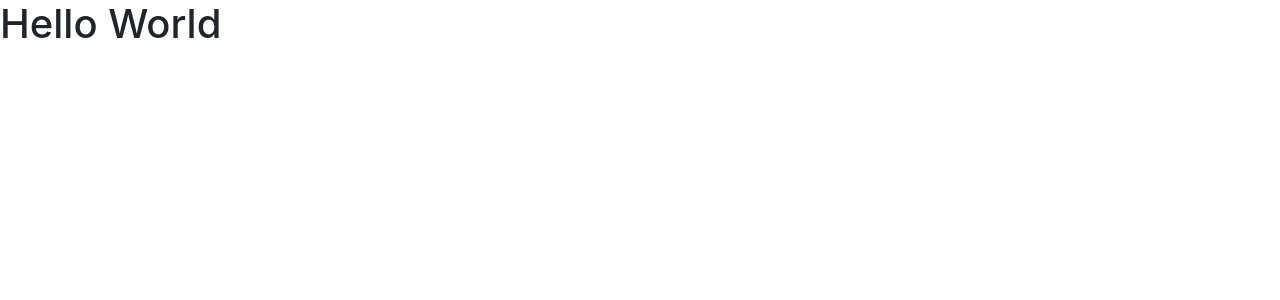
Repository: Dayday05/partiel1-david
Page: partiel1-david/src/main/webapp/index.html
The author's editor kept a copy of each file at every save. The page is drawn from the files as they stood at one save, then again after the next save.
The browser window is 1280 px wide. The pictures show the whole page.
Some web libraries are served in a nearby version.

Above is the page before, as saved 2018-11-25 15:08:48.
Console error: ReferenceError: $ is not defined

### partiel1-david/src/main/webapp/index.html
<!DOCTYPE html>
<html lang="fr">
  <head>
    <meta charset="utf-8" />
    <title>partiel1-david</title>
	<meta name="viewport" content="width=device-width, initial-scale=1" />
    <link rel="stylesheet" href="https://stackpath.bootstrapcdn.com/bootstrap/4.1.3/css/bootstrap.min.css"/>
    <link rel="stylesheet" href="https://ajax.googleapis.com/ajax/libs/jqueryui/1.12.1/themes/smoothness/jquery-ui.css"/>

    <script type="text/javascript">
      $(function() {
        $("#GETJSON").click(function(){
            $.getJSON("http://localhost:8080/partiel1-david/api/transfer/money/buildTransferOne", function(data){
              var content = "IsoCode =" + data.isoCode + ", KeyControl =" + data.keyControl + ", Rib =" + data.rib;
              $( "<div/>", {
                 html: content
              }).appendTo( "body" );
            });
        });
      });
      </script>
  </head>

  <body>
    <h1>Hello World</h1>

  <script src="https://code.jquery.com/jquery-3.3.1.slim.min.js"/></script>
  <script src="https://stackpath.bootstrapcdn.com/bootstrap/4.1.3/js/bootstrap.min.js"></script>
  <script src="https://ajax.googleapis.com/ajax/libs/jquery/3.3.1/jquery.min.js"></script>
  <script src="https://ajax.googleapis.com/ajax/libs/jqueryui/1.12.1/jquery-ui.min.js"></script>
  <script src="https://cdnjs.cloudflare.com/ajax/libs/popper.js/1.14.0/umd/popper.min.js"></script>
  <script src="https://maxcdn.bootstrapcdn.com/bootstrap/4.1.0/js/bootstrap.min.js"></script>
  <!-- <script type="text/javascript" src="js/main.js"></script> -->

  </body>
</html>

After the next save:
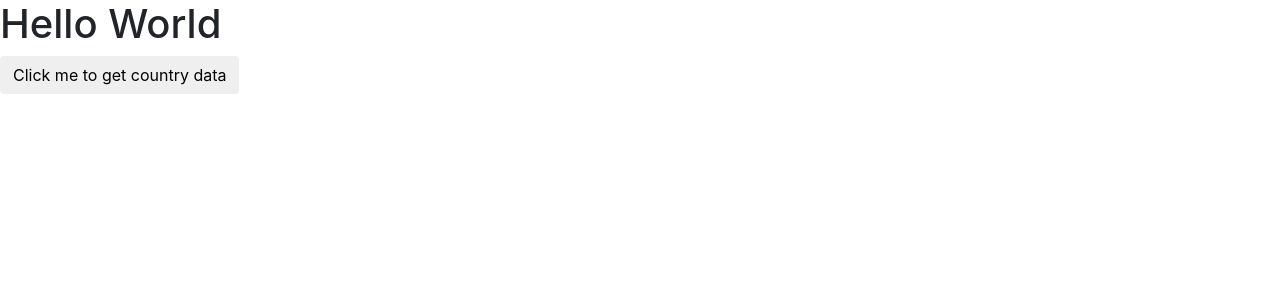
Saved 69 s later.
--- a/partiel1-david/src/main/webapp/index.html
+++ b/partiel1-david/src/main/webapp/index.html
@@ -24,6 +24,10 @@
   <body>
     <h1>Hello World</h1>
 
+    <div>
+		<button class="btn" id="GETJSON">Click me to get country data</button>
+	</div>
+
   <script src="https://code.jquery.com/jquery-3.3.1.slim.min.js"/></script>
   <script src="https://stackpath.bootstrapcdn.com/bootstrap/4.1.3/js/bootstrap.min.js"></script>
   <script src="https://ajax.googleapis.com/ajax/libs/jquery/3.3.1/jquery.min.js"></script>
